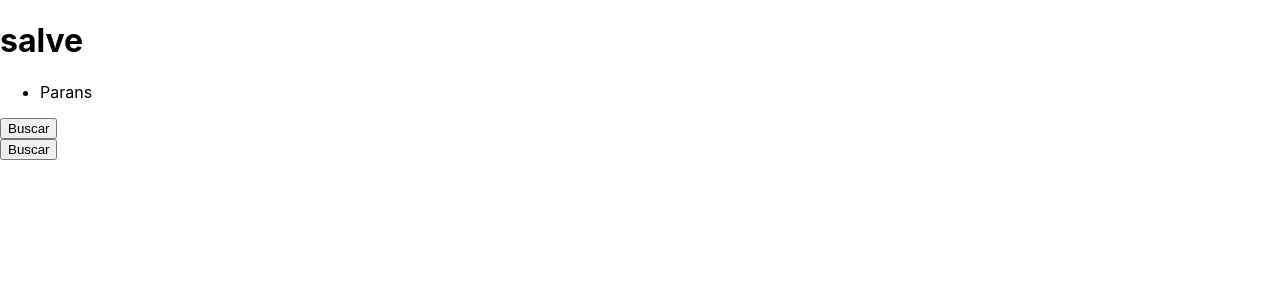
Repository: Mira757/Next-Basico
Page: /rotas
An editor plug-in stored every save of this project. The page is shown before and after the next save, followed by the edit.
The browser window is 1280 px wide. The pictures show the whole page.
The project was rebuilt for these pictures with package versions that can differ from the ones it lists, and the page was loaded fresh each time. The framework's server and built-in components were replaced by stand-ins that run in the browser. Also part of the build but not shown: next.config.js.

Above is the page before, as saved 2022-03-15 14:47:51.

After the next save:
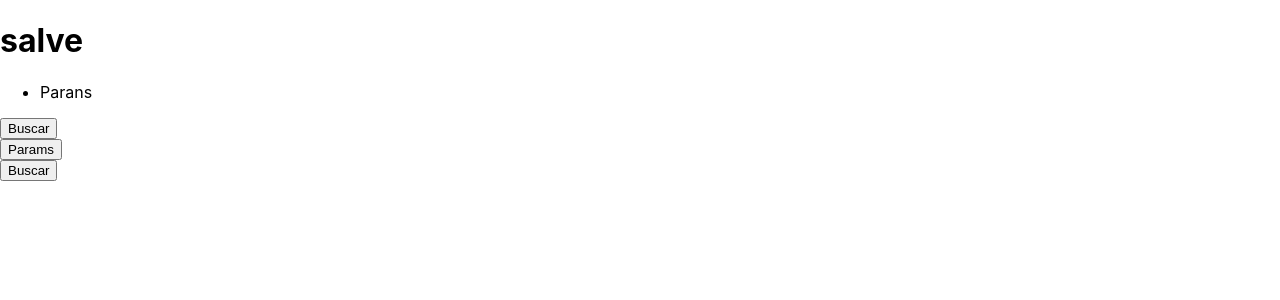
Saved 21 s later.
--- a/src/pages/rotas/index.jsx
+++ b/src/pages/rotas/index.jsx
@@ -31,6 +31,7 @@ export default function rotas () {
         alignItems: "flex-start"
       }}>
         <button onClick={() => router.push("/rotas/123/buscar")}> Buscar</button>
+        <button onClick={navegacaoComParams}> Params</button>
         <button onClick={() => navegacaoSimples("/rotas/123/Daniel")}> Buscar</button>
       </div>
     </div>
